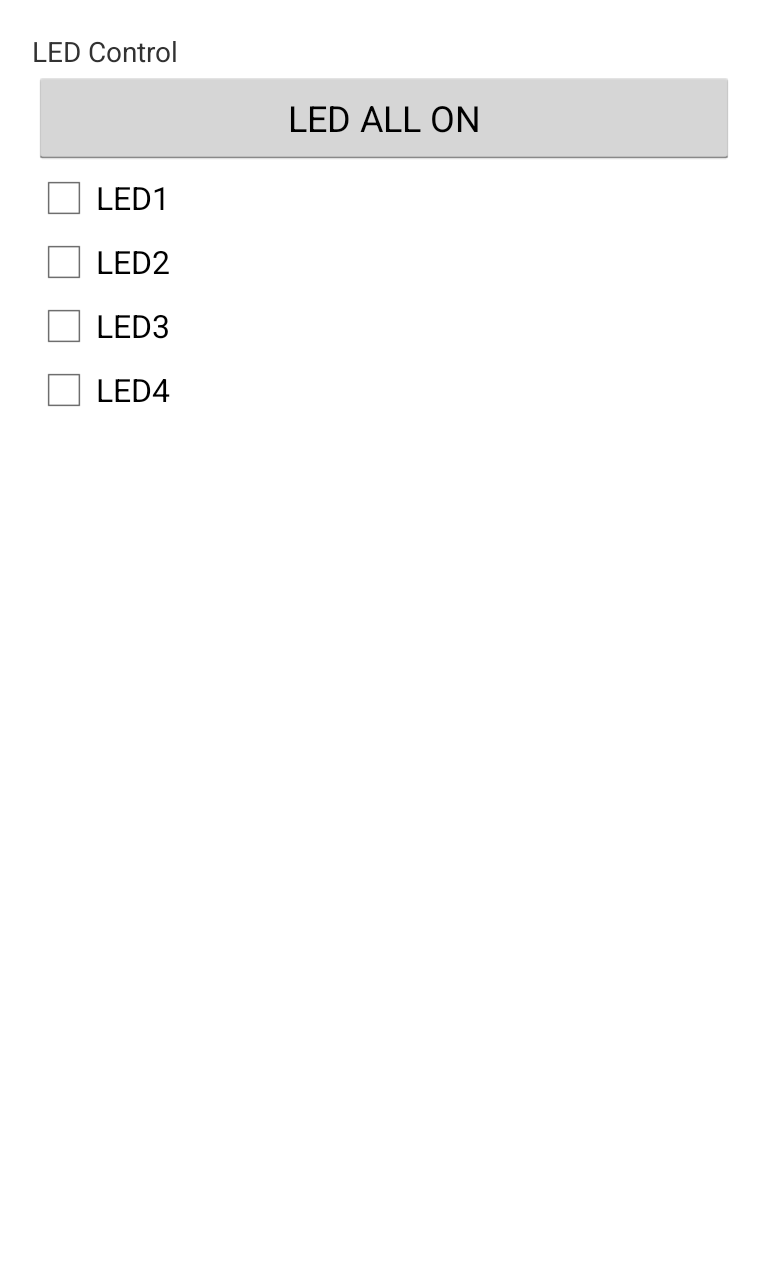
Repository: zgliuyang/android_study
Layout: LedCtrl/res/layout/activity_main.xml
The author's editor kept a copy of each file at every save. The layout is drawn from the files as they stood at one save, then again after the next save.
It is drawn on a 768 x 1280 px phone screen (xhdpi) without system bars, with theme AppTheme; the app's code is not run.

Above is the layout before, as saved 2020-05-20 16:29:18.

After the next save:
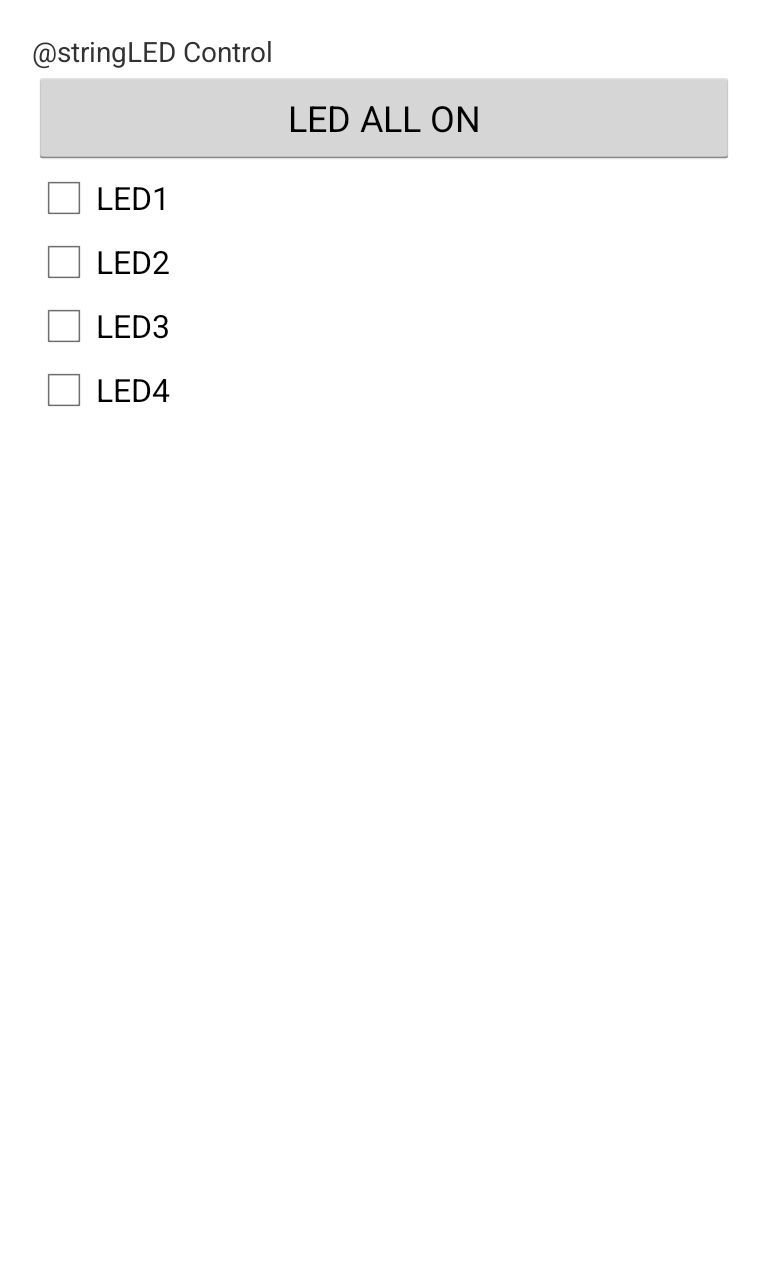
Saved 17 s later.
--- a/LedCtrl/res/layout/activity_main.xml
+++ b/LedCtrl/res/layout/activity_main.xml
@@ -12,7 +12,7 @@
     <TextView
         android:layout_width="wrap_content"
         android:layout_height="wrap_content"
-        android:text="LED Control" />
+        android:text="@stringLED Control" />
     <Button
         android:layout_width="fill_parent"
         android:layout_height="wrap_content"
